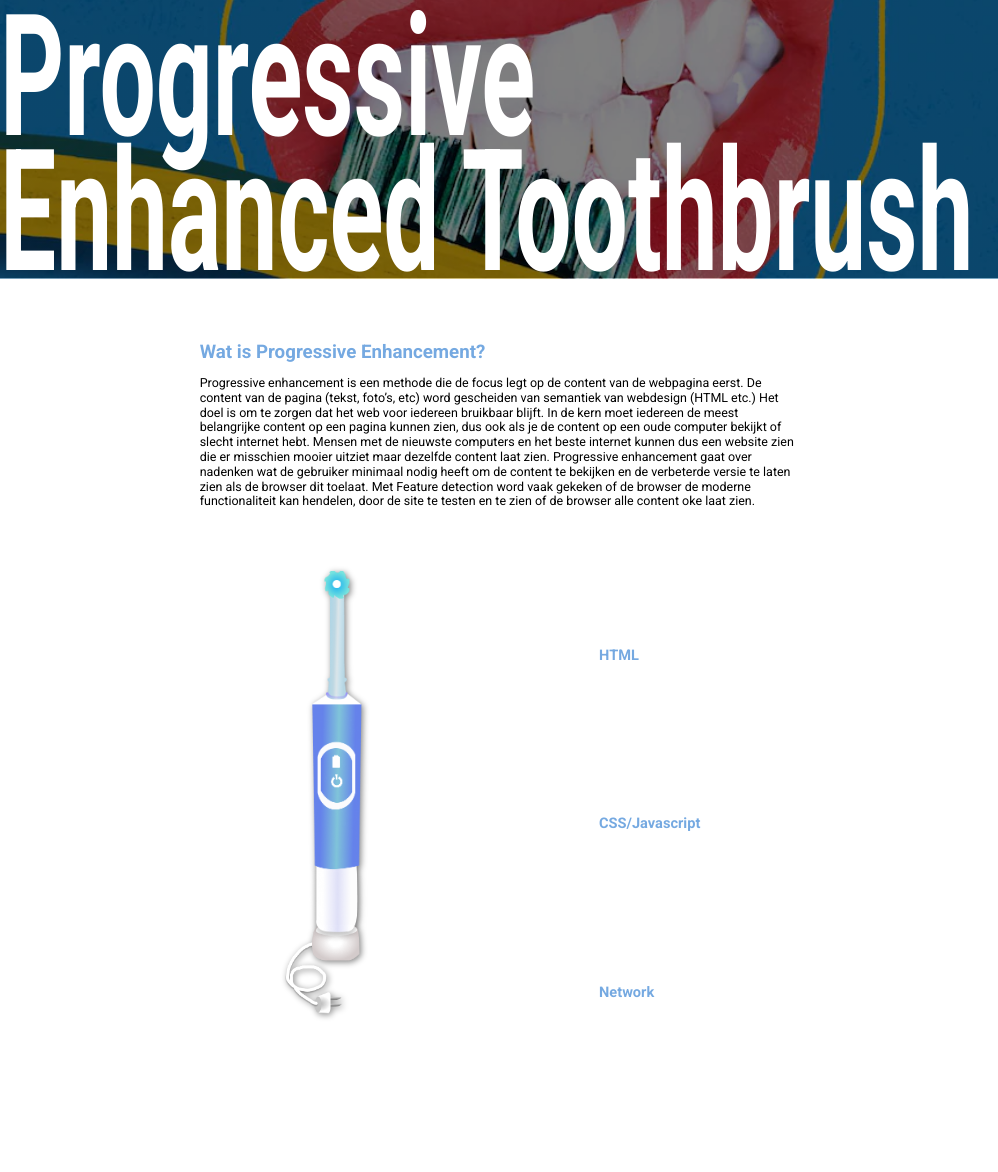
Repository: norakramer1/browser-technologies-2122
Page: progressive-enhanced-toothbrush-main/index.html
The author's editor kept a copy of each file at every save. The page is drawn from the files as they stood at one save, then again after the next save.
The browser window is 1280 px wide. The pictures show the whole page, at 78% of full size.

Above is the page before, as saved 2022-03-23 13:59:33.

After the next save:
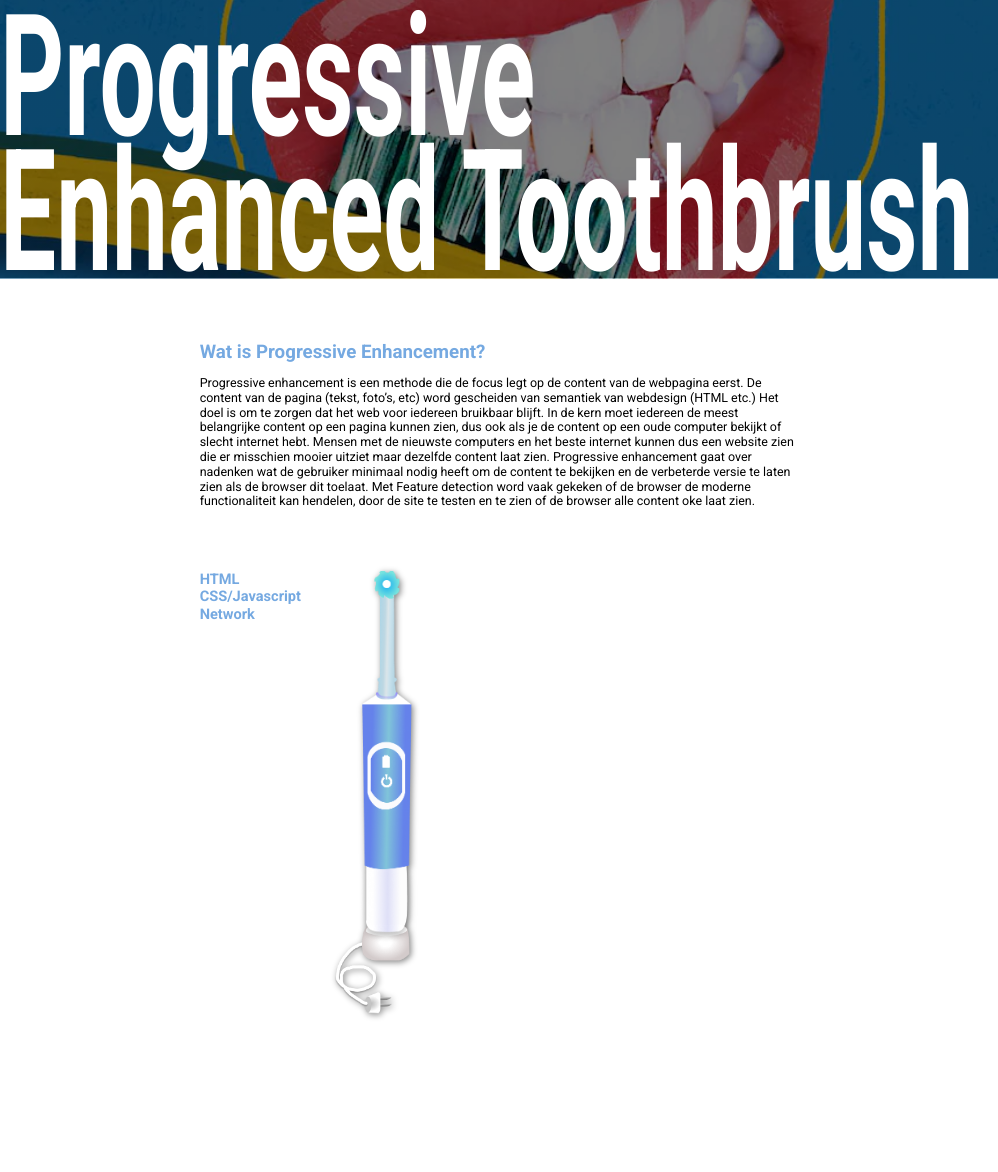
Saved 58 s later.
--- a/progressive-enhanced-toothbrush-main/style.css
+++ b/progressive-enhanced-toothbrush-main/style.css
@@ -37,7 +37,6 @@ article {
 article:nth-child(2) {
     display: flex;
     align-items: stretch;
-    width: 20vw;
 }
 
 article:nth-child(2) ul:first-child {
@@ -46,11 +45,11 @@ article:nth-child(2) ul:first-child {
     flex-direction: column;
     align-items: center;
     filter: drop-shadow(2px 2px 4px gray);
-    margin-left: 10vw;
+    margin: 0 15vw;
     transition: 1s;
 }
 
-article:nth-child(2):hover  ul:first-child {
+article:nth-child(2) ul:first-child:hover {
     transform: scale(1.1);
 }
 
@@ -61,8 +60,6 @@ article:nth-child(2) ul:last-child {
     list-style-type: none;
     transition: 1s;
     position: absolute;
-    left: 60vw;
-    height: 90%;
 }
 
 article:nth-child(2) ul:first-child li:first-of-type {
@@ -82,11 +79,11 @@ article:nth-child(2) ul:first-child li:last-of-type {
     width: 6rem;
 }
 
-article:nth-child(2):hover ul:first-child li:first-of-type {
+article:nth-child(2) ul:first-child:hover li:first-of-type {
     transform: translateY(-2rem);
 }
 
-article:nth-child(2):hover ul:first-child li:last-of-type {
+article:nth-child(2) ul:first-child:hover li:last-of-type {
     transform: translate(-1.2rem, 0);
 }
 
@@ -94,8 +91,8 @@ article:nth-child(2) h3 {
     color: #75A9E1;
 }
 
-article:nth-child(2):hover ul {
-    font-size: 22px;
+article:nth-child(2) ul:first-child:hover ul {
+    font-size: 36px;
 }
 
 article:nth-child(2) img {
